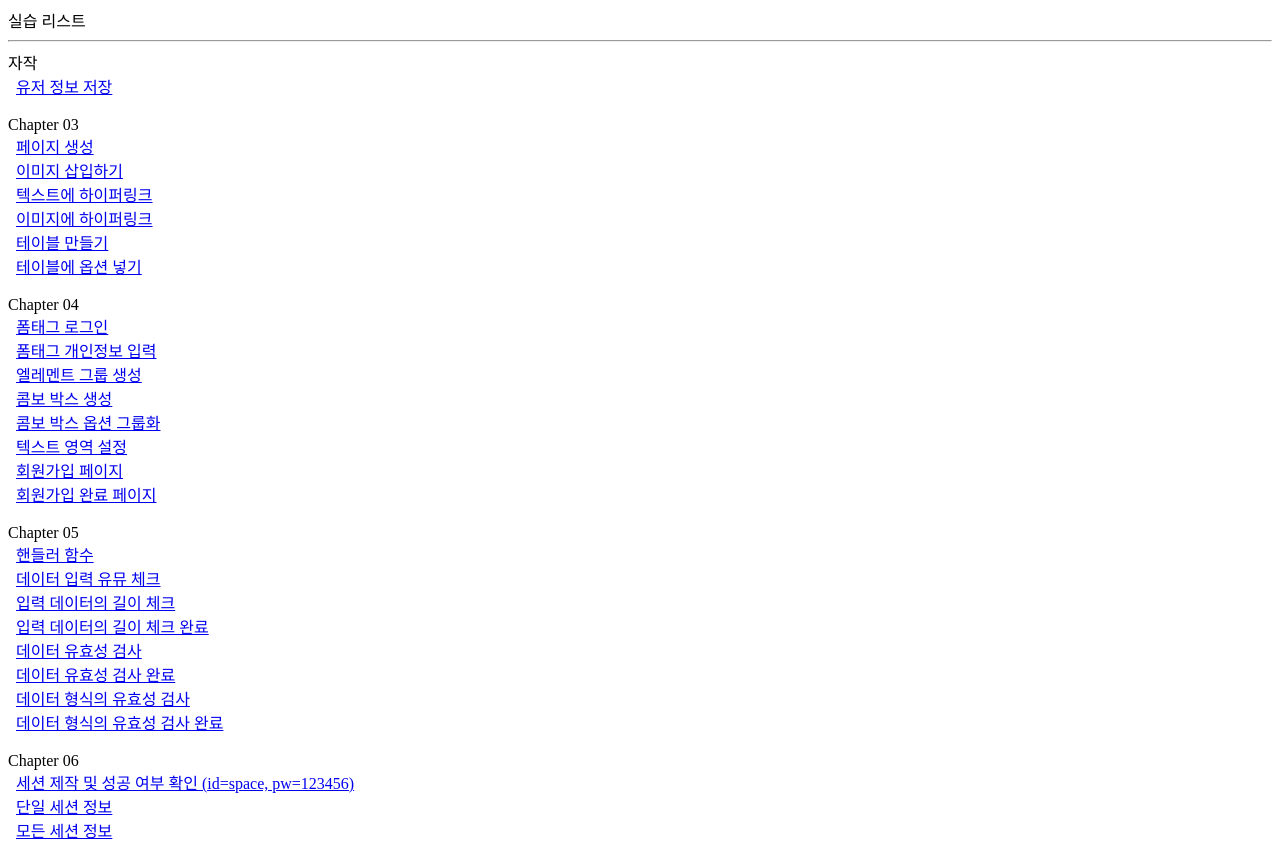
Repository: dhc518/WebProgramming_2023
Page: http://localhost/JSPStudy/List.jsp
An editor plug-in stored every save of this project. The page is shown before and after the next save, followed by the edit.
The browser window is 1280 px wide. The pictures show the whole page.
The page is served by Tomcat 9.

Above is the page before, as saved 2023-04-07 06:15:39.

### Project/JSPStudy/src/main/webapp/List.jsp
<%@ page language="java" contentType="text/html; charset=UTF-8"
    pageEncoding="UTF-8"%>
<!DOCTYPE html>
<html>
<head>
<meta charset="UTF-8">
<title>실습 리스트</title>
</head>
<body>
	실습 리스트
	<hr>
	자작
		<br>&nbsp;	<a href="self/write_user.jsp" target="_blank">
		유저 정보 저장</a>
		<br><br>
	Chapter 03
		<br>&nbsp;	<a href="welcome.jsp" target="_blank">
		페이지 생성</a>
		<br>&nbsp;	<a href="insert_image.jsp" target="_blank">
		이미지 삽입하기</a>
		<br>&nbsp;	<a href="hyperlink_text.jsp" target="_blank">
		텍스트에 하이퍼링크</a>
		<br>&nbsp;	<a href="hyperlink_image.jsp" target="_blank">
		이미지에 하이퍼링크</a>
		<br>&nbsp;	<a href="table_default.jsp" target="_blank">
		테이블 만들기</a>
		<br>&nbsp;	<a href="table_option.jsp" target="_blank">
		테이블에 옵션 넣기</a>
		<br><br>
	Chapter 04
		<br>&nbsp;	<a href="ch04/form_login.jsp" target="_blank">
		폼태그 로그인</a>
		<br>&nbsp;	<a href="ch04/form_input.jsp" target="_blank">
		폼태그 개인정보 입력</a>
		<br>&nbsp;	<a href="ch04/form_element.jsp" target="_blank">
		엘레멘트 그룹 생성</a>
		<br>&nbsp;	<a href="ch04/form_select.jsp" target="_blank">
		콤보 박스 생성</a>
		<br>&nbsp;	<a href="ch04/form_optgroup.jsp" target="_blank">
		콤보 박스 옵션 그룹화</a>
		<br>&nbsp;	<a href="ch04/form_textarea.jsp" target="_blank">
		텍스트 영역 설정</a>
		<br>&nbsp;	<a href="ch04/form_membership01.jsp" target="_blank">
		회원가입 페이지</a>
		<br>&nbsp;	<a href="ch04/form_membership02.jsp" target="_blank">
		회원가입 완료 페이지</a>
		<br><br>
	Chapter 05
		<br>&nbsp;	<a href="ch05/handlerFunction.jsp" target="_blank">
		핸들러 함수</a>
		<br>&nbsp;	<a href="ch05/datainputCheck.jsp" target="_blank">
		데이터 입력 유뮤 체크</a>
		<br>&nbsp;	<a href="ch05/dataLength.jsp" target="_blank">
		입력 데이터의 길이 체크</a>
		<br>&nbsp;	<a href="ch05/dataLength_success.jsp" target="_blank">
		입력 데이터의 길이 체크 완료</a>
		<br>&nbsp;	<a href="ch05/isNaNcheck.jsp" target="_blank">
		데이터 유효성 검사</a>
		<br>&nbsp;	<a href="ch05/isNaNcheck_success.jsp" target="_blank">
		데이터 유효성 검사 완료</a>
		<br>&nbsp;	<a href="ch05/regularExpression.jsp" target="_blank">
		데이터 형식의 유효성 검사</a>
		<br>&nbsp;	<a href="ch05/regularExpression_success.jsp" target="_blank">
		데이터 형식의 유효성 검사 완료</a>
		<br><br>
	Chapter 06
		<br>&nbsp;	<a href="ch06/sessionCreate.jsp" target="_blank">
		세션 제작 및 성공 여부 확인 (id=space, pw=123456)</a>
		<br>&nbsp;	<a href="ch06/sessionInfo_single.jsp" target="_blank">
		단일 세션 정보</a>
		<br>&nbsp;	<a href="ch06/sessionInfo_all.jsp" target="_blank">
		모든 세션 정보</a>

</body>
</html>

After the next save:
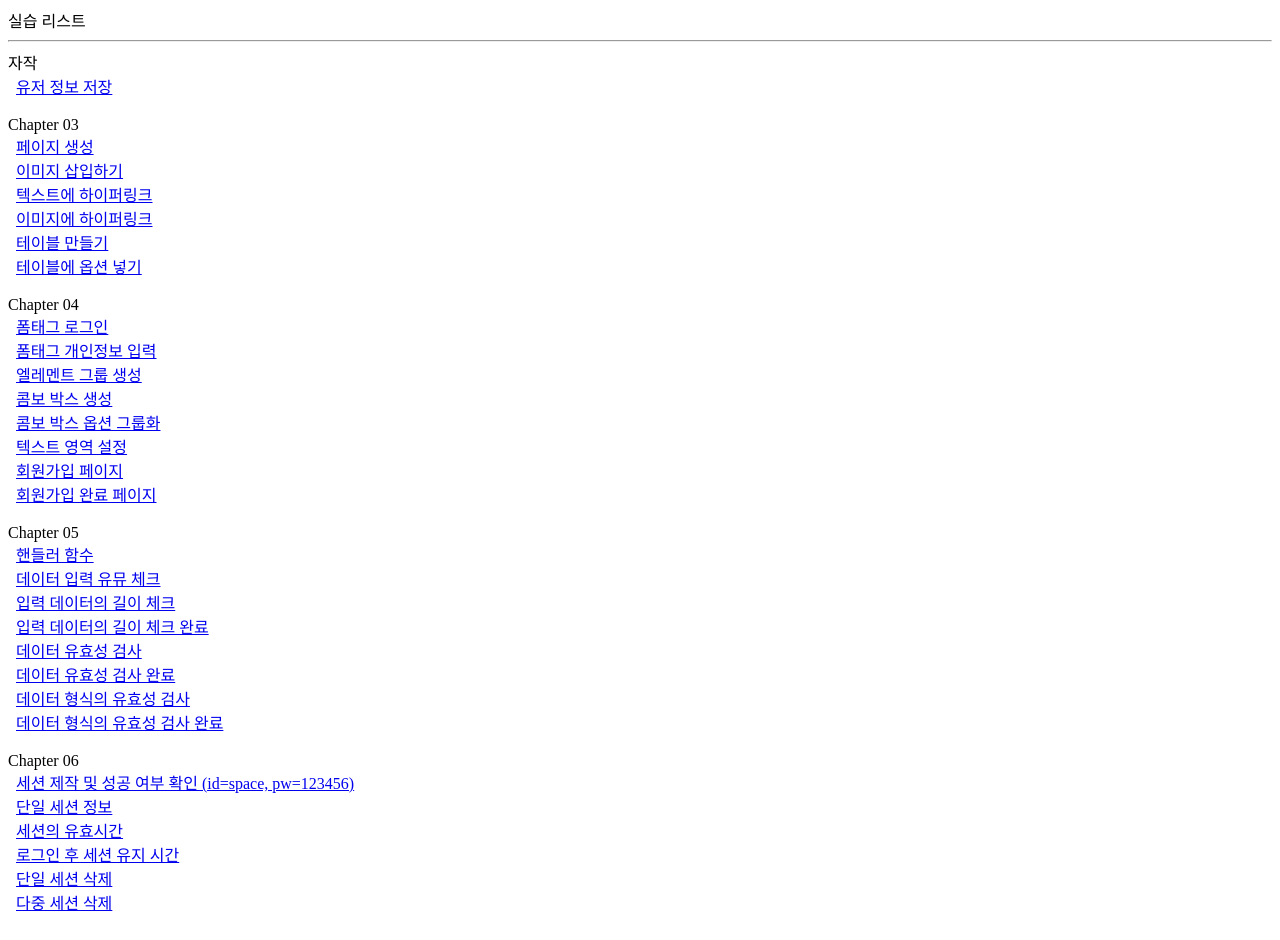
Saved 2 min 32 s later.
--- a/Project/JSPStudy/src/main/webapp/List.jsp
+++ b/Project/JSPStudy/src/main/webapp/List.jsp
@@ -68,8 +68,15 @@
 		세션 제작 및 성공 여부 확인 (id=space, pw=123456)</a>
 		<br>&nbsp;	<a href="ch06/sessionInfo_single.jsp" target="_blank">
 		단일 세션 정보</a>
-		<br>&nbsp;	<a href="ch06/sessionInfo_all.jsp" target="_blank">
-		모든 세션 정보</a>
+		<br>&nbsp;	<a href="ch06/sessionInterval.jsp" target="_blank">
+		세션의 유효시간</a>
+		<br>&nbsp;	<a href="ch06/sessionKeping.jsp" target="_blank">
+		로그인 후 세션 유지 시간</a>
+		<br>&nbsp;	<a href="ch06/sessionRemove.jsp" target="_blank">
+		단일 세션 삭제</a>
+		<br>&nbsp;	<a href="ch06/sessionRemove_all.jsp" target="_blank">
+		다중 세션 삭제</a>
+		<br><br>
 
 </body>
 </html>
